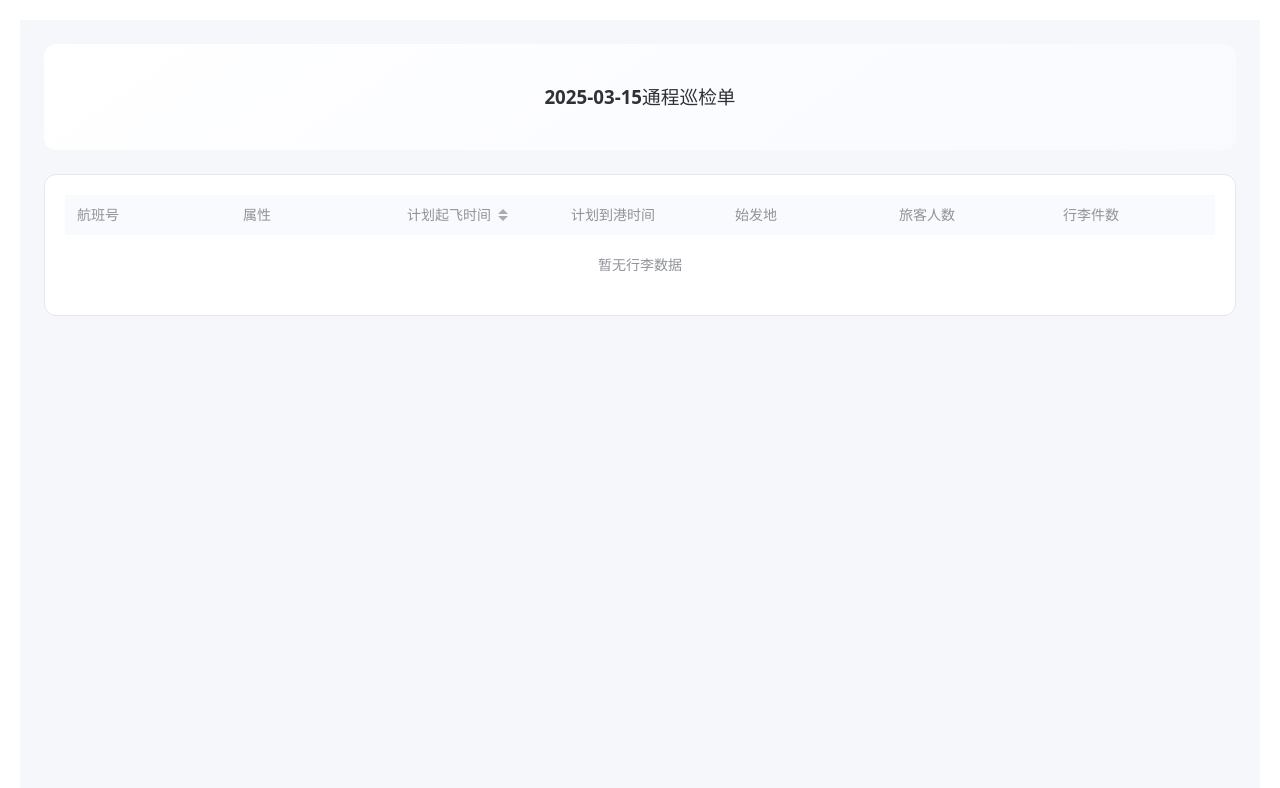
Repository: jhonMacTavish/through-baggage-info-check
Page: / (app in web/)
These files come from the project's save history. The page is drawn as it stood at one moment and after the next save; the edit follows.
The browser window is 1280 px wide. The pictures show the whole page.
The page's requests for data from a server got no answer. The project was rebuilt for these pictures with package versions that can differ from the ones it lists, and the page was loaded fresh each time. No one was signed in, and anything a server would have sent is missing. Also part of the build but not shown: web/vite.config.js, web/src/components/Header.vue.

Above is the page before, as saved 2025-03-27 14:45:19.

### web/index.html
<!--
 * @Author: john_mactavish 981192661@qq.com
 * @Date: 2025-03-12 09:20:58
 * @LastEditors: john_mactavish 981192661@qq.com
 * @LastEditTime: 2025-03-27 14:43:42
 * @FilePath: \passengerInfoSearch\web\index.html
 * @Description: 这是默认设置,请设置`customMade`, 打开koroFileHeader查看配置 进行设置: https://github.com/OBKoro1/koro1FileHeader/wiki/%E9%85%8D%E7%BD%AE
-->
<!doctype html>
<html lang="en">
  <head>
    <meta charset="UTF-8" />
    <link rel="icon" type="image/svg+xml" href="/vite.svg" />
    <meta name="viewport" content="width=device-width, initial-scale=1.0" />
    <title>通程行李信息查询</title>
  </head>
  <body>
    <div id="app"></div>
    <script type="module" src="/src/main.js"></script>
  </body>
</html>

### web/src/main.js
/*
 * @Author: john_mactavish 981192661@qq.com
 * @Date: 2025-03-12 09:20:58
 * @LastEditors: john_mactavish 981192661@qq.com
 * @LastEditTime: 2025-03-12 09:31:55
 * @FilePath: \passengerInfoSearch\web\src\main.js
 * @Description: 这是默认设置,请设置`customMade`, 打开koroFileHeader查看配置 进行设置: https://github.com/OBKoro1/koro1FileHeader/wiki/%E9%85%8D%E7%BD%AE
 */
import { createApp } from 'vue'
import './style.css'
import ElementPlus from 'element-plus'
import 'element-plus/dist/index.css'
import App from './App.vue'

createApp(App).use(ElementPlus).mount('#app')

### web/src/style.css
:root {
  font-family: system-ui, Avenir, Helvetica, Arial, sans-serif;
  line-height: 1.5;
  font-weight: 400;

  color-scheme: light dark;
  color: rgba(255, 255, 255, 0.87);
  background-color: #242424;

  font-synthesis: none;
  text-rendering: optimizeLegibility;
  -webkit-font-smoothing: antialiased;
  -moz-osx-font-smoothing: grayscale;
}

a {
  font-weight: 500;
  color: #646cff;
  text-decoration: inherit;
}
a:hover {
  color: #535bf2;
}

body {
  margin: 0;
  display: flex;
  place-items: center;
  min-width: 320px;
  min-height: 100vh;
}

h1 {
  font-size: 3.2em;
  line-height: 1.1;
}

button {
  border-radius: 8px;
  border: 1px solid transparent;
  padding: 0.6em 1.2em;
  font-size: 1em;
  font-weight: 500;
  font-family: inherit;
  background-color: #1a1a1a;
  cursor: pointer;
  transition: border-color 0.25s;
}
button:hover {
  border-color: #646cff;
}
button:focus,
button:focus-visible {
  outline: 4px auto -webkit-focus-ring-color;
}

.card {
  padding: 2em;
}

#app {
  box-sizing: border-box;
  width: 100vw;
  height: 100vh;
  margin: 0 auto;
  padding: 20px;
  /* text-align: center; */
}

@media (prefers-color-scheme: light) {
  :root {
    color: #213547;
    background-color: #ffffff;
  }
  a:hover {
    color: #747bff;
  }
  button {
    background-color: #f9f9f9;
  }
}

### web/src/App.vue
<!--
 * @Author: john_mactavish 981192661@qq.com
 * @Date: 2025-03-12 09:20:58
 * @LastEditors: john_mactavish 981192661@qq.com
 * @LastEditTime: 2025-03-27 14:45:13
 * @FilePath: \passengerInfoSearch\web\src\App.vue
-->
<script setup>
import { onMounted, ref } from 'vue'
import { ElMessage } from 'element-plus'
import Header from './components/Header.vue'
import axios from 'axios'
import { dayjs } from 'element-plus'

const tableData = ref([])
const loading = ref(false)
const date = dayjs().format('YYYY-MM-DD')

const getData = async () => {
  try {
    const { data } = await axios.get("/api/queryThroughBaggageInfo", {
      params: {}
    });

    if (data.data.length == 0) {
      ElMessage.warning(`没有通程行李信息`)
    } else {
      tableData.value = data.data.map(item => ({
        ...item,
        计划起飞时间: dayjs(item.计划起飞时间).format('YYYY-MM-DD HH:mm:ss'),
        计划到港时间: dayjs(item.计划到港时间).format('YYYY-MM-DD HH:mm:ss')
      }))
    }
  } catch (error) {
    console.log(error);
    ElMessage.error(`通程行李信息获取失败: ${error.message}`)
  }
}

onMounted(() => {
  getData();
})

</script>

<template>
  <div class="container">
    <el-container>
      <!-- 头部区域 -->
      <el-header class="header-wrapper">
        <el-card shadow="hover" class="header-card">
          <!-- <Header @emitSearch="queryPassenger" @emitReset="reset" /> -->
          <h3 style="text-align: center;">{{ date }}通程巡检单</h3>
        </el-card>
      </el-header>

      <!-- 主内容区域 -->
      <el-main class="main-wrapper">
        <!-- 乘客信息卡片 -->
        <el-card shadow="hover" class="table-card">
          <el-skeleton :loading="loading" :rows="6" animated>
            <el-table id="educe-table" :data="tableData" stripe highlight-current-row empty-text="暂无行李数据">
              <el-table-column prop="航班号" label="航班号" />
              <el-table-column prop="属性" label="属性" />
              <el-table-column prop="计划起飞时间" label="计划起飞时间" sortable />
              <el-table-column prop="计划到港时间" label="计划到港时间" />
              <el-table-column prop="始发地" label="始发地" />
              <el-table-column prop="旅客人数" label="旅客人数" />
              <el-table-column prop="行李件数" label="行李件数" />
            </el-table>
          </el-skeleton>
        </el-card>
      </el-main>
    </el-container>
  </div>
</template>

<style scoped lang="scss">
.container {
  max-width: 1440px;
  margin: 0 auto;
  padding: 24px;
  background: #f5f7fa;
  min-height: 100vh;
}

.header-wrapper {
  height: auto;
  padding: 0;
  margin-bottom: 24px;

  .header-card {
    border-radius: 12px;
    background: linear-gradient(145deg, #ffffff 0%, #f8faff 100%);
    border: none;
  }
}

.main-wrapper {
  padding: 0;

  .table-card {
    border-radius: 12px;
    margin-bottom: 24px;
    transition: box-shadow 0.3s ease;

    &:hover {
      box-shadow: 0 6px 18px rgba(0, 0, 0, 0.08);
    }

    :deep(.el-table) {
      --el-table-border-color: transparent;
      --el-table-header-bg-color: #f8fafd;
    }
  }
}

.custom-divider {
  margin: 32px 0;
  color: #909399;

  .divider-text {
    margin: 0 12px;
    font-size: 14px;
    font-weight: 500;
  }

  .el-icon {
    vertical-align: middle;
  }
}

.name-btn {
  font-weight: 500;
  transition: all 0.2s;

  &:hover {
    transform: translateX(3px);
    color: var(--el-color-primary) !important;
  }
}

.pass-photo {
  // width: 120px;
  // height: 80px;
  border-radius: 6px;
  box-shadow: 0 2px 8px rgba(0, 0, 0, 0.1);
  transition: transform 0.3s;

  &:hover {
    transform: scale(1.03);
    cursor: zoom-in;
  }
}

.image-error {
  @apply flex flex-col items-center justify-center h-full text-gray-400;

  .el-icon {
    font-size: 24px;
    margin-bottom: 8px;
  }
}
</style>

After the next save:
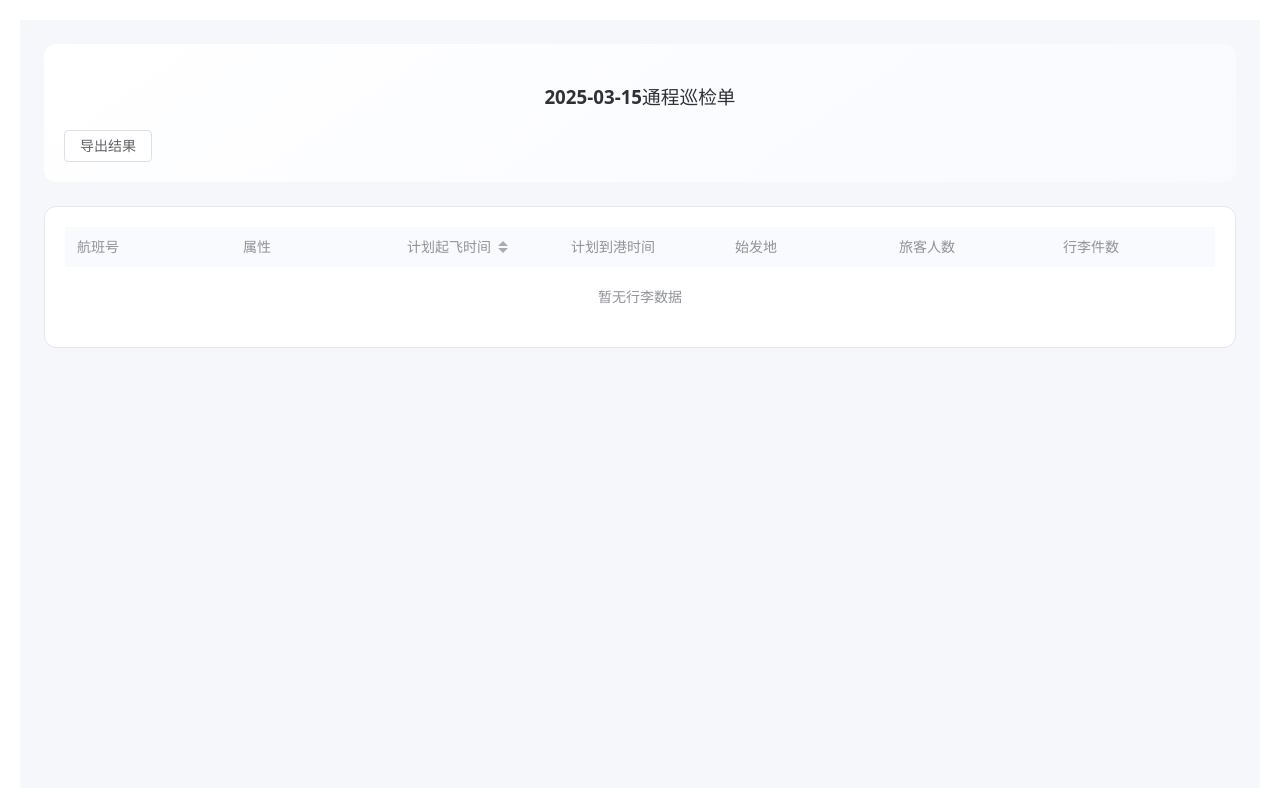
Saved 2 min 28 s later.
--- a/web/src/App.vue
+++ b/web/src/App.vue
@@ -50,7 +50,8 @@ onMounted(() => {
       <el-header class="header-wrapper">
         <el-card shadow="hover" class="header-card">
           <!-- <Header @emitSearch="queryPassenger" @emitReset="reset" /> -->
-          <h3 style="text-align: center;">{{ date }}通程巡检单</h3>
+          <h3 class="hader-title">{{ date }}通程巡检单</h3>
+          <el-button class="btn-seal" @click="exportExcel">导出结果</el-button>
         </el-card>
       </el-header>
 
@@ -93,6 +94,12 @@ onMounted(() => {
     border-radius: 12px;
     background: linear-gradient(145deg, #ffffff 0%, #f8faff 100%);
     border: none;
+
+    .hader-title{
+      text-align: center;
+    }
+
+
   }
 }
 
